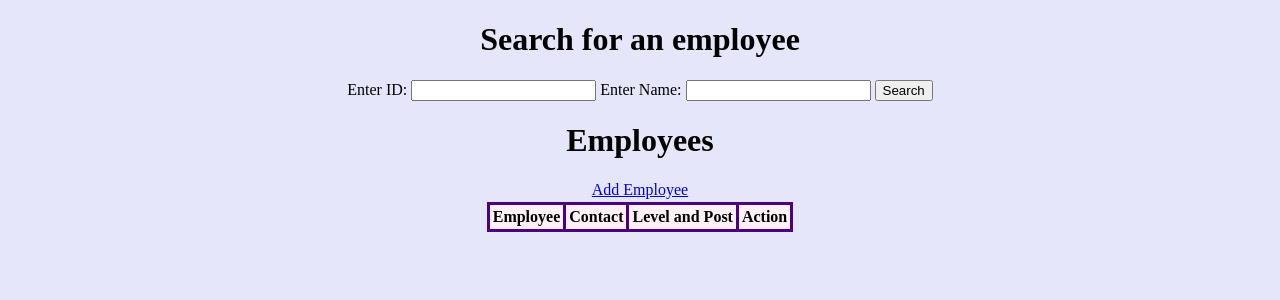
Repository: P9-Analyst-Java/employee-management-abhishekdatta12
Page: http://localhost/spring-expense-tracker/WEB-INF/views/home.jsp
The author's editor kept a copy of each file at every save. The page is drawn from the files as they stood at one save, then again after the next save.
The browser window is 1280 px wide. The pictures show the whole page.
The page is served by Tomcat 9. Nobody is signed in. Other server files are loaded and not shown. The template is opened directly, without the code that normally fills it, so the values that code supplies are empty.

Above is the page before, as saved 2023-02-21 05:22:50.

### spring-portal/spring-expense-tracker/src/main/webapp/WEB-INF/views/home.jsp
<%@ page language="java" isELIgnored="false" contentType="text/html; charset=ISO-8859-1"
    pageEncoding="UTF-8"%>
<%@ taglib prefix="c" uri="http://java.sun.com/jsp/jstl/core"%>
<%@ taglib prefix="form" uri="http://www.springframework.org/tags/form" %>
<c:set var="contextRoot" value="${pageContext.request.contextPath}"/>
<!DOCTYPE html>
<html>
<head>
<style type="text/css">
body{
	font-size: 16px;
	text-align: center;
	background-color: lavender;
}
div{
	text-align: center;
	align-items: center;
	align-content: center;
}

table, th, td{

	text-align: center;
	border: 3px solid indigo;
	border-collapse: collapse;
	padding: 3px;
	margin: 3px;
}
table{
	margin-left: auto;
  	margin-right: auto;
  	background-color: lavenderblush;
}
td{
text-align: center;
background-color: lightcyan;
}
</style>
<meta charset="ISO-8859-1">
<title>Home</title>
</head>
<body>
	<h1>Search for an employee</h1>

	<form action="${contextRoot}/search" method="post">
	Enter ID: <input  name="id"/>
	Enter Name: <input name="name"/>
	<button type="submit">Search</button>
	</form>

	<h1>Employees</h1>
	<div>
	<a href="${contextRoot}/employee">Add Employee</a>
	<table>
	<tr>
	<th>Employee</th>
	<th>Contact</th>
	<th>Level and Post</th>
	<th>Action</th>
	<!-- <th>Last Name</th>
	<th>Gender</th>
	<th>Date Of Birth</th>
	<th>PAN Card Number</th>
	<th>Aadhaar Number</th>
	<th>Mobile Number</th>
	<th>Email ID</th>
	<th>Office Mail</th>
	<th>Permanent Address</th>
	<th>Present Address</th>
	<th>Blood Group</th>
	<th>Profile Picture</th>
	<th>Date of Joining</th>
	<th>Employee Level</th>
	<th>Post Name</th>
	<th>Basic Pay</th>
	<th>House Allowance</th>
	<th>Edit</th>
	<th>Delete</th>-->
	</tr>
	<c:forEach var="employee" items="${employees}">
		<tr>
			<td>${employee.firstName}&nbsp;${employee.lastName}<br/>#${employee.id}</td>

			<td>${employee.mobileNum}<br/>${employee.emailId}</td>

			<td>${employee.empLevel}/<br/>${employee.postName}</td>

			<td><a href="">Employments</a>/<a href="${contextRoot}/employee/${employee.id}">Edit</a>/<a href="${contextRoot}/${employee.id}">Delete</a></td>
			<!-- <td>${employee.id}</td>
			<td>${employee.firstName}</td>
			<td>${employee.lastName}</td>
			<td>${employee.gender}</td>
			<td>${employee.dob}</td>
			<td>${employee.panNum}</td>
			<td>${employee.aadhaarNum}</td>
			<td>${employee.mobileNum}</td>
			<td>${employee.emailId}</td>
			<td>${employee.officeMail}</td>
			<td>${employee.permanentAddress}</td>
			<td>${employee.presentAddress}</td>
			<td>${employee.bloodGroup}</td>
			<td>${employee.profilePict}</td>
			<td>${employee.doj}</td>
			<td>${employee.empLevel}</td>
			<td>${employee.postName}</td>
			<td>${employee.basicPay}</td>
			<td>${employee.houseAllowance}</td>
			<td><a href="${contextRoot}/employee/${employee.id}">Edit</a></td>
			<td><a href="${contextRoot}/${employee.id}">Delete</a></td>-->
		</tr>
	</c:forEach>
	</table>
	</div>
</body>
</html>

After the next save:
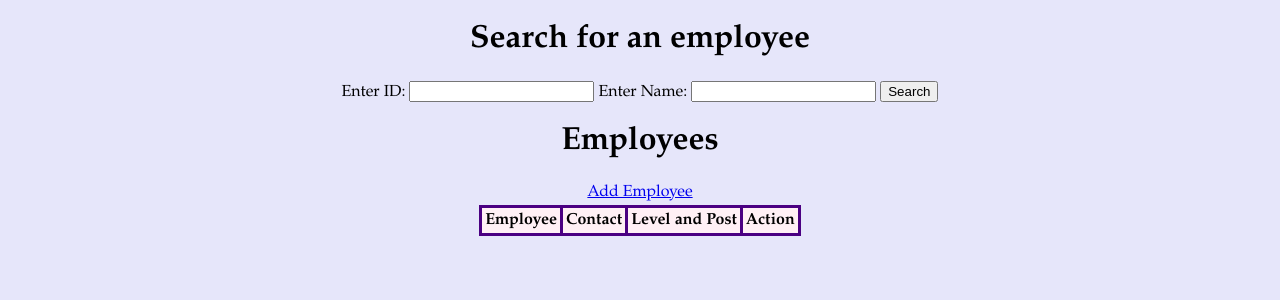
Saved 43 s later.
--- a/spring-portal/spring-expense-tracker/src/main/webapp/WEB-INF/views/home.jsp
+++ b/spring-portal/spring-expense-tracker/src/main/webapp/WEB-INF/views/home.jsp
@@ -8,6 +8,7 @@
 <head>
 <style type="text/css">
 body{
+	font-family: garamond;
 	font-size: 16px;
 	text-align: center;
 	background-color: lavender;
